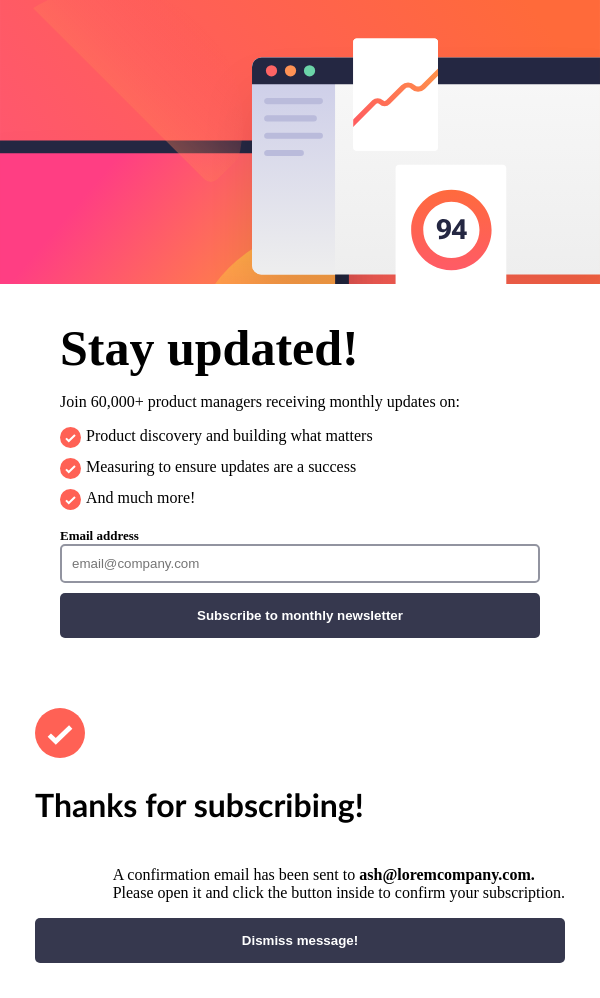
Repository: Celebration-cloud/Newsletter
Page: index.html
An editor plug-in stored every save of this project. The page is shown before and after a run of saves, followed by the edit.
The browser window is 600 px wide. The pictures show the whole page.

Above is the page before, as saved 2023-07-19 23:41:22.

After the next 2 saves:
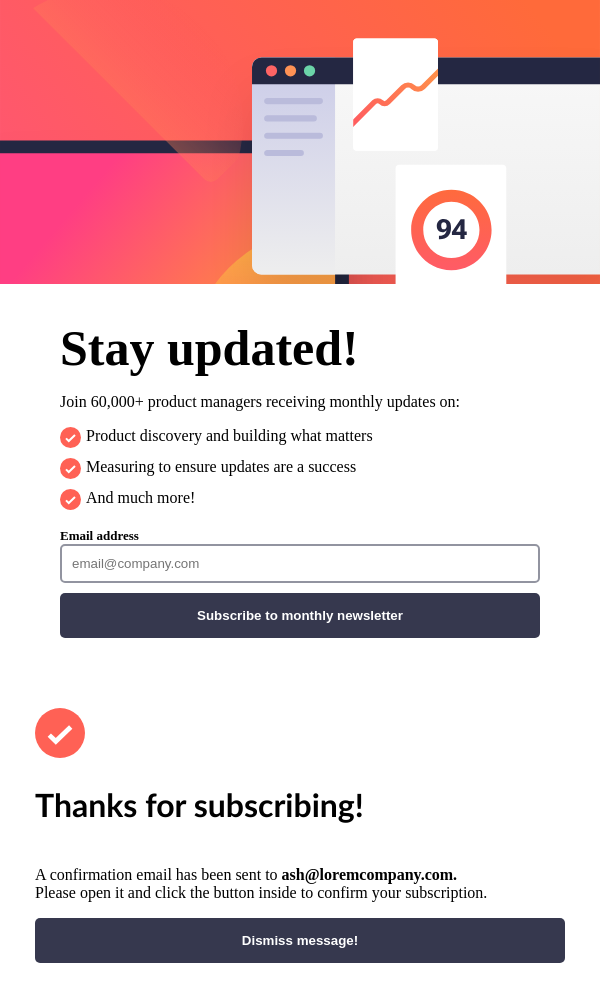
The 2 saves are shown as one change because they came seconds apart.
The last was saved 61 s later.
--- a/index.css
+++ b/index.css
@@ -142,7 +142,6 @@ button{
     }
     #success p{
         font-weight: light;
-        align-self: flex-end;
     }
 
 
